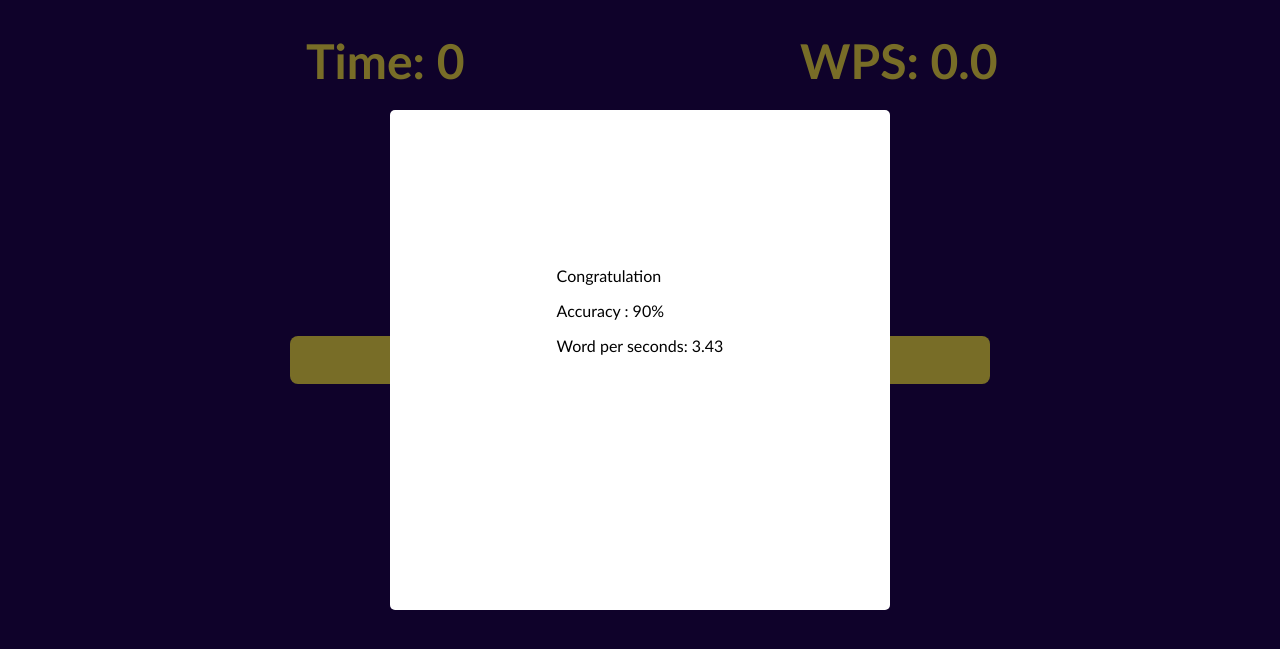
Repository: KhangNguyenIU/Vanilajs-TypingSpeed
Page: index.html
An editor plug-in stored every save of this project. The page is shown before and after the next save, followed by the edit.
The browser window is 1280 px wide. The pictures show the whole page.
The page's requests for data from a server got no answer.

Above is the page before, as saved 2021-10-15 11:15:07.

After the next save:
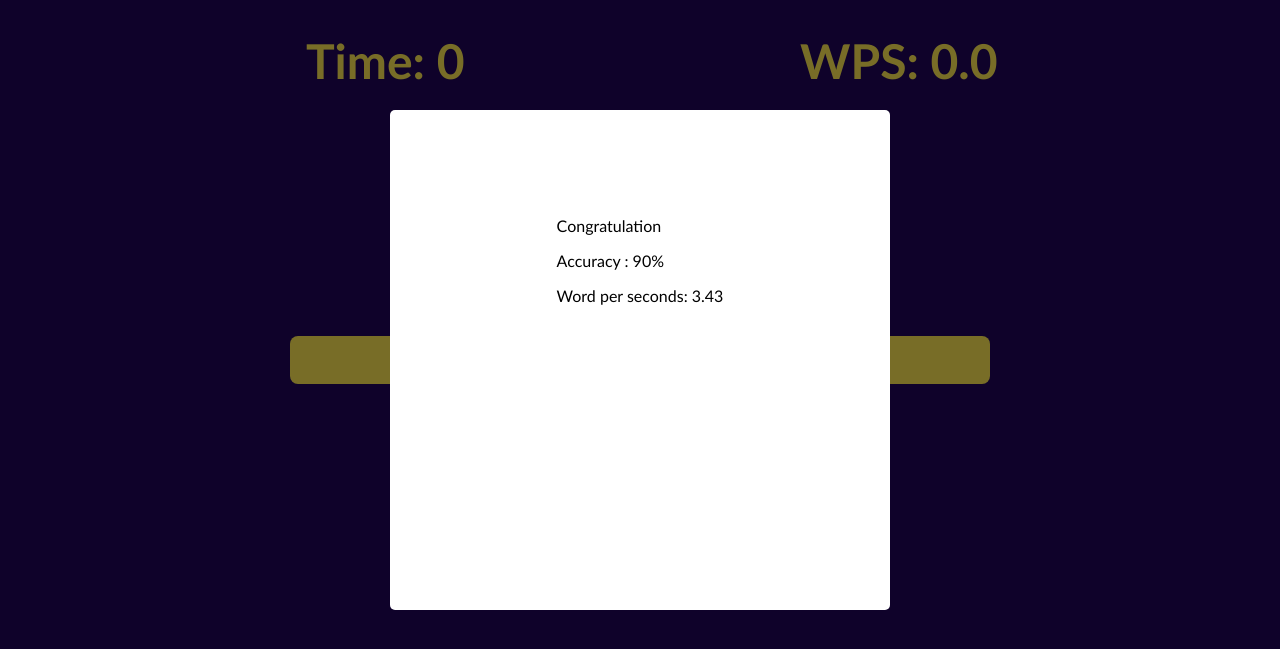
Saved 4 s later.
--- a/style.css
+++ b/style.css
@@ -54,7 +54,7 @@
   }
 
   .modal-body{
-    margin-top: -100px;
+    margin-top: -200px;
   }
   .timer {
     position: absolute;
